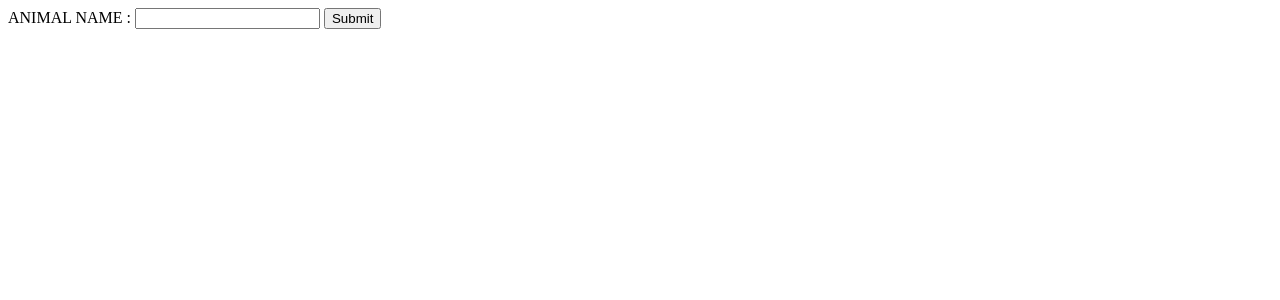
Repository: ShashantNagpure/AllProjects
Page: http://localhost/JspDemo/choose.jsp
These files come from the project's save history. The page is drawn as it stood at one moment and after the next save; the edit follows.
The browser window is 1280 px wide. The pictures show the whole page.
The page is served by Tomcat 9.

Above is the page before, as saved 2018-09-18 08:48:27.

### JspDemo/WebContent/choose.jsp
<%@ page language="java" contentType="text/html; charset=ISO-8859-1"
    pageEncoding="ISO-8859-1"%>
<!DOCTYPE html>
<html>
<head>
<meta charset="ISO-8859-1">
<title>Insert title here</title>
</head>
<body>
<form äction="animal.jsp">
ANIMAL NAME : <input type="text" name="animal">
			  <input type="submit" name="show">
</form>
</body>
</html>

After the next save:
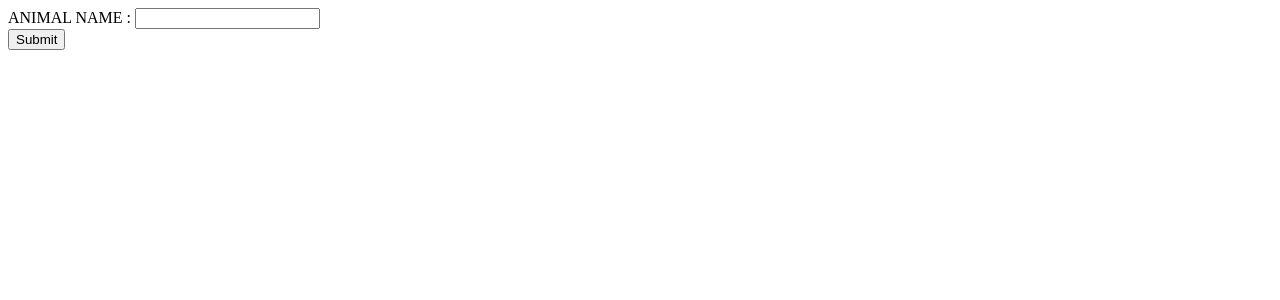
Saved 24 s later.
--- a/JspDemo/WebContent/choose.jsp
+++ b/JspDemo/WebContent/choose.jsp
@@ -9,7 +9,7 @@
 <body>
 <form äction="animal.jsp">
 ANIMAL NAME : <input type="text" name="animal">
-			  <input type="submit" name="show">
+<br> <input type="submit" name="show">
 </form>
 </body>
 </html>
